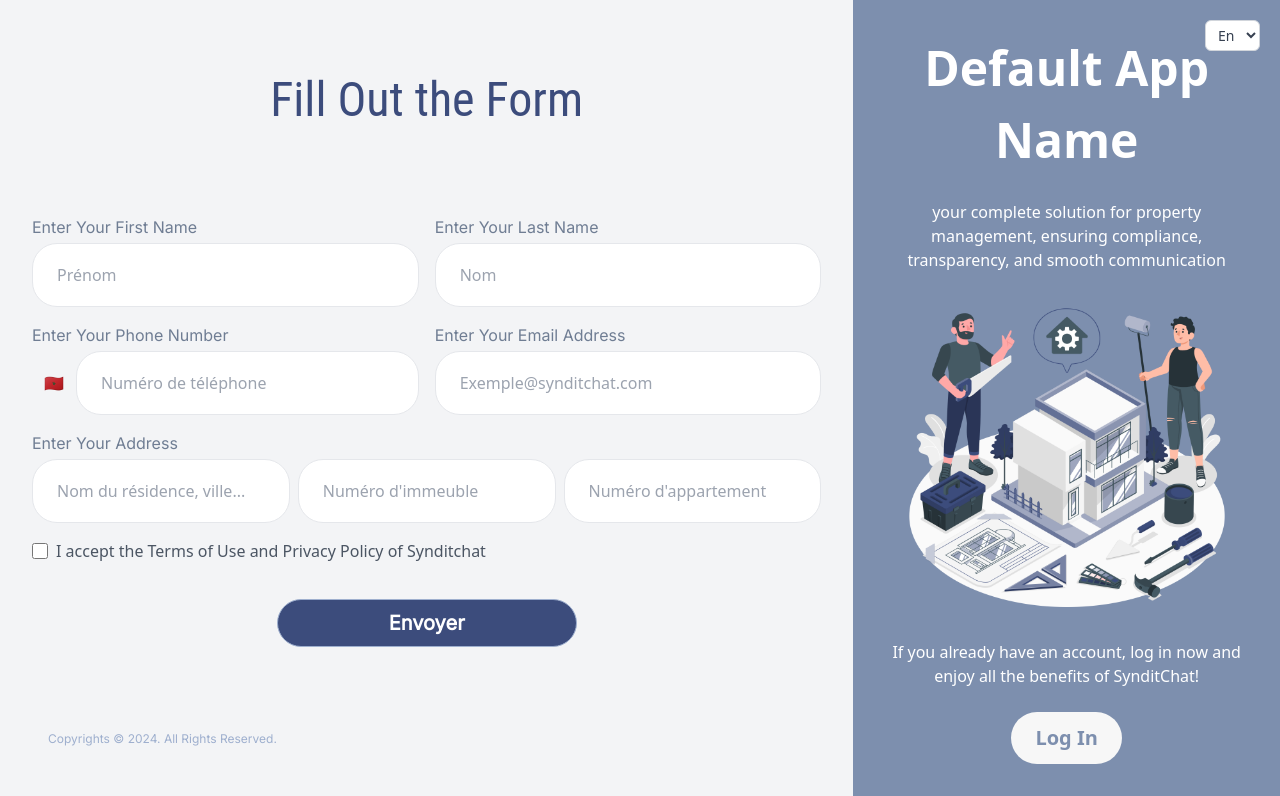
Repository: idir2023/Syndicat-amine
Page: http://localhost/inscription
The author's editor kept a copy of each file at every save. The page is drawn from the files as they stood at one save, then again after a run of saves.
The browser window is 1280 px wide. The pictures show the whole page.
Some web libraries are served in a nearby version. The page is served by the project's Laravel application, run on PHP 8.4 with Laravel 12. Queries for data that is not in the repository find no rows.

Above is the page before, as saved 2024-10-13 11:09:19.

After the next 6 saves:
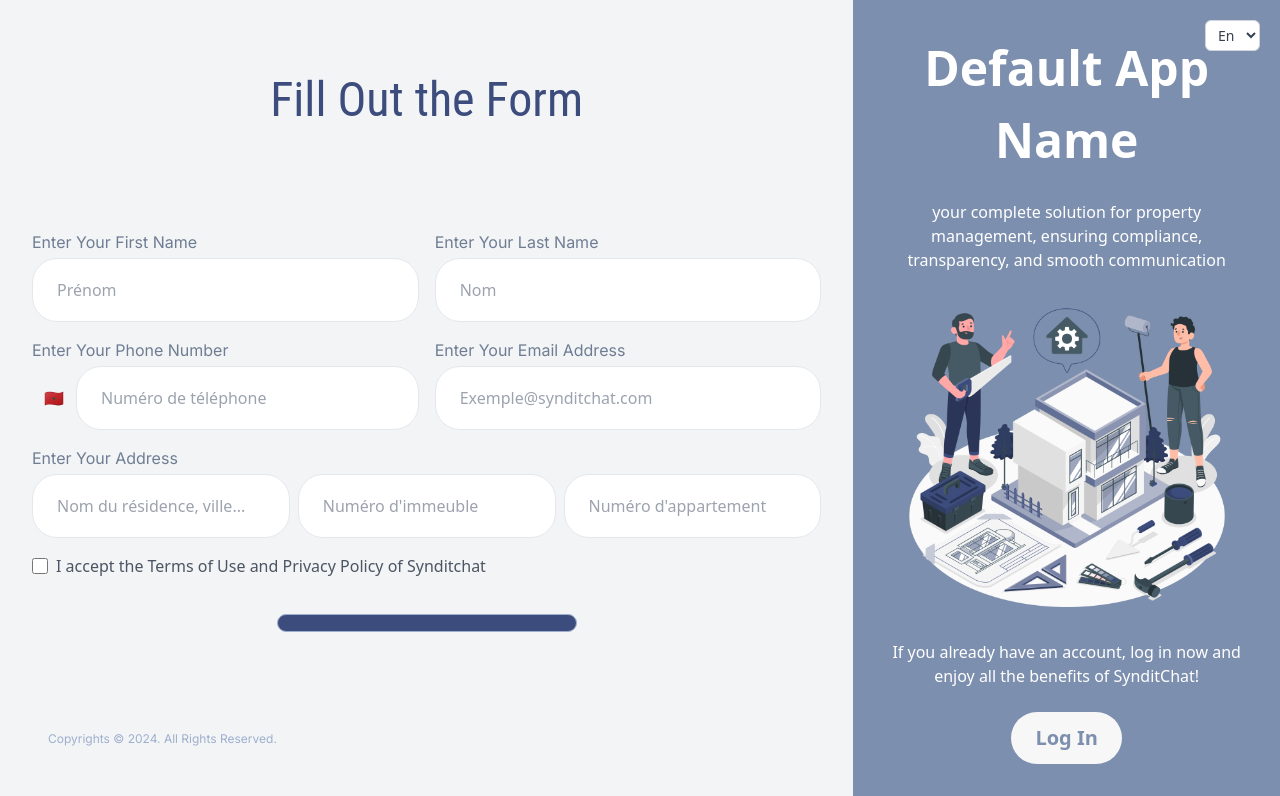
The 6 saves are shown as one change because they came seconds apart.
The last was saved 41 s later.
--- a/resources/views/auth/formRegister/formRegister.blade.php
+++ b/resources/views/auth/formRegister/formRegister.blade.php
@@ -120,7 +120,7 @@
     <div class="text-center">
         <button type="submit"
                 class="text-white font-semibold py-2 px-4 hover:bg-[#3e569b] rounded-[40px] border border-[#9EAFCE] bg-[#3C4C7C] relative mx-auto mt-5 w-[300px]">
-            <span class="break-words font-['Inter'] font-bold text-[20px] text-[#FFFFFF]">Envoyer</span>
+            <span class="break-words font-['Inter'] font-bold text-[20px] text-[#FFFFFF]">{{ __('') }}</span>
         </button>
     </div>
 </form>

After the save that followed:
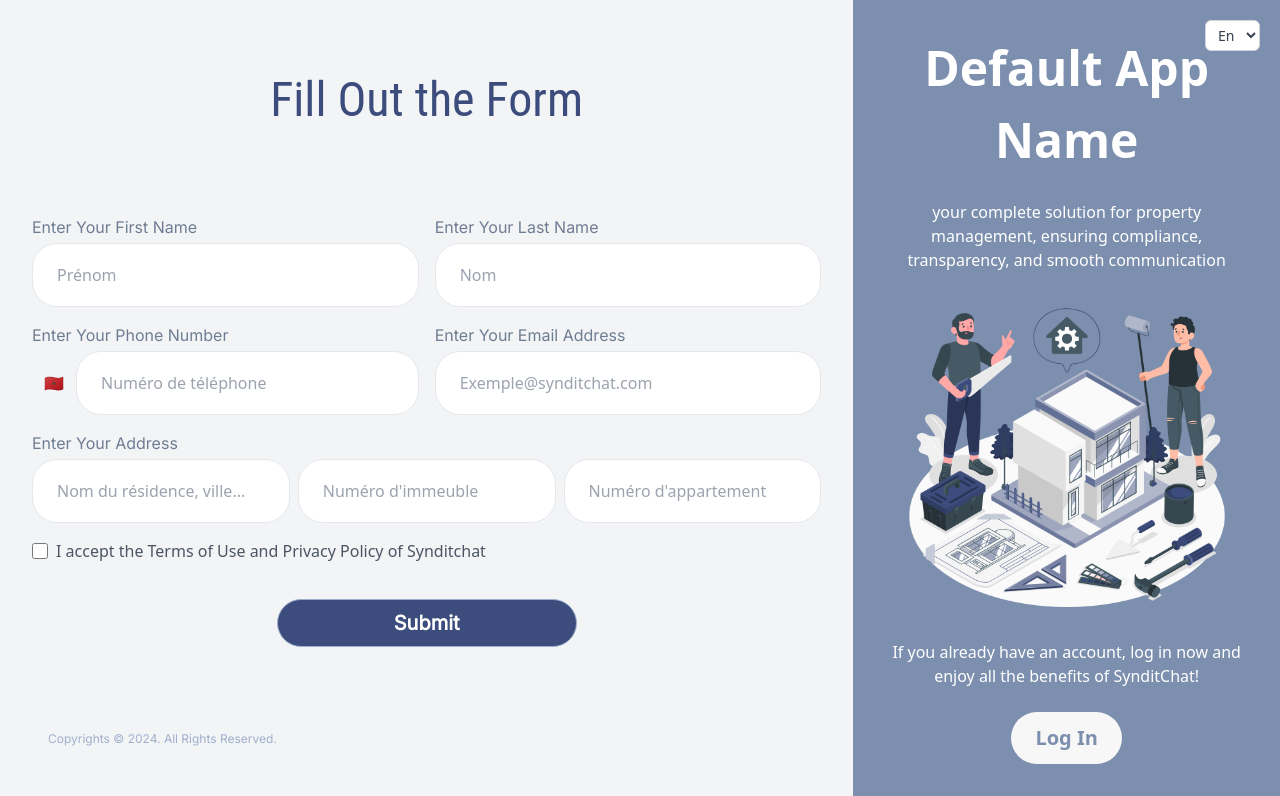
Saved 5 s later.
--- a/resources/views/auth/formRegister/formRegister.blade.php
+++ b/resources/views/auth/formRegister/formRegister.blade.php
@@ -120,7 +120,7 @@
     <div class="text-center">
         <button type="submit"
                 class="text-white font-semibold py-2 px-4 hover:bg-[#3e569b] rounded-[40px] border border-[#9EAFCE] bg-[#3C4C7C] relative mx-auto mt-5 w-[300px]">
-            <span class="break-words font-['Inter'] font-bold text-[20px] text-[#FFFFFF]">{{ __('') }}</span>
+            <span class="break-words font-['Inter'] font-bold text-[20px] text-[#FFFFFF]">{{ __('Envoyer') }}</span>
         </button>
     </div>
 </form>
